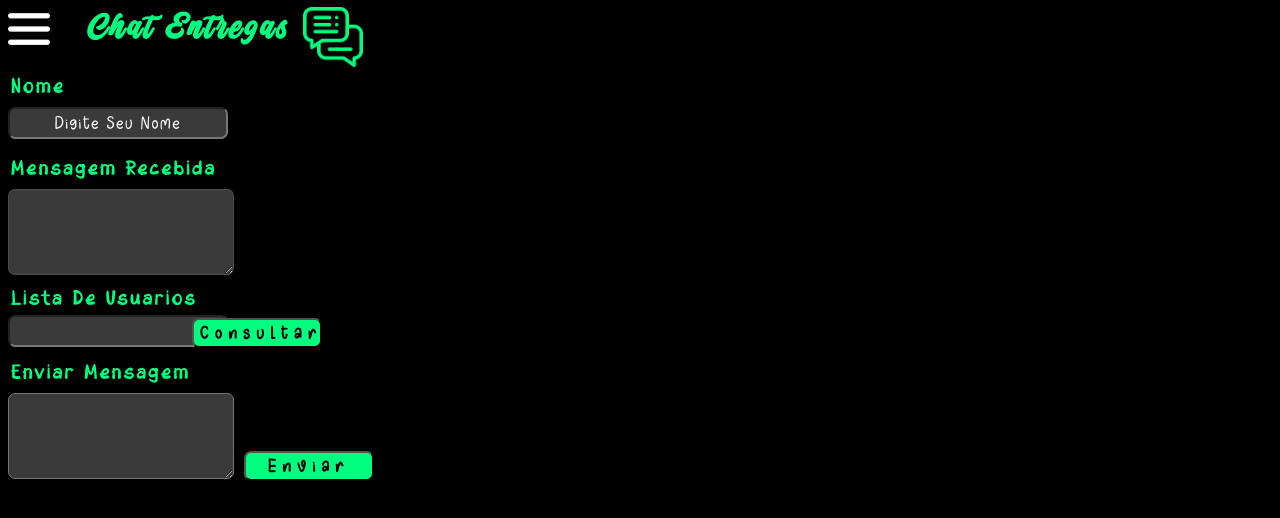
Repository: alfredo-allan/relatorioentregas
Page: pages/chatapp.html
An editor plug-in stored every save of this project. The page is shown before and after the next save, followed by the edit.
The browser window is 1280 px wide. The pictures show the whole page.
The page's requests for data from a server got no answer.

Above is the page before, as saved 2024-05-12 10:59:49.
Console error: TypeError: Cannot set properties of null (setting 'value')

### pages/chatapp.html
<!DOCTYPE html>
<html lang="pt-BR">
  <head>
    <meta charset="UTF-8" />
    <meta name="viewport" content="width=device-width, initial-scale=1.0" />
    <link rel="stylesheet" href="../style/styles.css" />
    <style>
      textarea#enviarMsg:focus {
        outline: none;
      }
    </style>
    <title>ChatApp</title>
  </head>
  <body>
    <header id="ChatApp">
      <img id="menu-icon" src="../img/barra-de-menu.png" alt="" />
      <div id="menu-options">
        <ul>
          <a href="/index.html"><li>Registrar Entrega</li></a>
          <a href="/pages/apagar.html"><li>Apagar Entrega</li></a>
          <a href="/pages/consultar.html"><li>Consultar Entregas</li></a>
          <a href="/pages/registrar.html"><li>Registar-Se</li></a>
        </ul>
      </div>
      <h1 id="textchat">Chat Entregas</h1>
      <img id="imgchat" src="../img/bater-papo.png" alt="" />
    </header>
    <div id="login">
      <span>Nome</span> <br />
      <input id="nomeusuario" type="text" placeholder="Digite Seu Nome" />
    </div>
    <div id="message">
      <span>Mensagem Recebida</span> <br />
      <div id="msgRecebida">
        <textarea id="msgInput" rows="4" disabled></textarea>
        <!-- Alterado para <textarea> -->
      </div>
      <span>Lista De Usuarios</span>
      <ul></ul>
      <div id="usuarios"></div> <br>
      <input id="lstUsu" type="text">
      <button id="ctsUsu">Consultar</button>

      <div id="msgEnviar">
        <span>Enviar Mensagem</span> <br />
        <textarea id="enviarMsg" type="text"></textarea>
        <button id="enviarmsg">Enviar</button>
      </div>
    </div>
  </body>
  <script>
    document.addEventListener("DOMContentLoaded", function () {
      const nomeUsuarioInput = document.getElementById("nomeusuario");
      const msgRecebidaDiv = document.getElementById("msgRecebida");
      const usuariosUl = document.querySelector("#usuarios ul");
      const enviarMsgTextarea = document.getElementById("enviarMsg");

      // Função para verificar se o nome de usuário existe
      nomeUsuarioInput.addEventListener("change", function () {
        const username = nomeUsuarioInput.value;
        fetch(`http://192.168.10.20:8001/get_users?username=${username}`)
          .then((response) => {
            if (!response.ok) {
              throw new Error("Network response was not ok");
            }
            return response.json();
          })
          .then((data) => {
            if (data.users.length > 0) {
              // Usuário existe, carregar mensagens recebidas
              fetch(
                `http://192.168.10.20:8001/get_messages_for_user/${username}`
              )
                .then((response) => {
                  if (!response.ok) {
                    throw new Error("Network response was not ok");
                  }
                  return response.json();
                })
                .then((data) => {
                  const messages = data.messages;
                  // Exibir as mensagens recebidas no campo msgRecebida
                  msgRecebidaDiv.innerHTML = messages
                    .map(
                      (msg) =>
                        `<p><strong>${msg.sender}:</strong> ${msg.message}</p>`
                    )
                    .join("");
                })
                .catch((error) => {
                  console.error("Error:", error);
                });
            } else {
              // Usuário não existe
              console.log("Usuário não encontrado");
            }
          })
          .catch((error) => {
            console.error("Error:", error);
          });
      });

      // Função para carregar a lista de usuários
      fetch("http://192.168.10.20:8001/get_users")
        .then((response) => {
          if (!response.ok) {
            throw new Error("Network response was not ok");
          }
          return response.json();
        })
        .then((data) => {
          const users = data.users;
          // Exibir a lista de usuários
          usuariosUl.innerHTML = users
            .map((user) => `<li>${user.username}</li>`)
            .join("");

          // Adicionar evento de clique para os usuários da lista
          usuariosUl.addEventListener("click", function (event) {
            if (event.target.tagName === "LI") {
              const recipientUsername = event.target.textContent;
              // Preencher o campo de mensagem com o nome do usuário selecionado
              enviarMsgTextarea.value = `@${recipientUsername} `;
            }
          });
        })
        .catch((error) => {
          console.error("Error:", error);
        });
    });
  </script>
  <script src="../script.js"></script>
</html>

### style/styles.css
:root {
  --las-americas: "Las-americas", sans-serif;
  --gribble-font: "Gribble";
  --helootwuins-font: "HelooTwuins";
  --verde--color: #00ff7f;
}

body {
  background-color: black;
}

@font-face {
  font-family: "Las-americas";
  src: url("../fonts/las_americas/LasAmericas_PERSONAL_USE_ONLY.otf")
    format("truetype");
  /* Adicione mais formatos (e.g. woff, woff2) conforme necessário */
}

@font-face {
  font-family: "Gribble";
  src: url("../fonts/gribble/Gribble.ttf") format("truetype");
  /* Adicione mais formatos (e.g. woff, woff2) conforme necessário */
}

@font-face {
  font-family: "HelooTwuins";
  src: url("../fonts/hello_twins/HelloTwinsDEMO.otf") format("truetype");
  /* Adicione mais formatos (e.g. woff, woff2) conforme necessário */
}

header {
  img {
    width: 42px;
    margin-right: 14px;
    text-wrap: nowrap;
  }
}

img #menu-icon {
  margin-right: 20px;
  margin-left: -1%;
}

#text-top {
  text-align: center;
  font-family: var(--las-americas);
  color: white;
  letter-spacing: 1.2px;
  margin-top: 30px;
  font-size: 40px;
}

#delivery {
  color: red;
  font-family: var(--gribble-font);
  letter-spacing: 3px;
  font-size: 25px;
  font-weight: 900;
  color: var(--verde--color);
}

.column {
  display: flex;
  flex-direction: column;
  align-items: center;
  padding: 10px 20px 15px 15px;
  border: 1px solid #ccc;
  border-radius: 2%;
  width: 300px;
  margin: 0 auto;
}

#form {
  border-radius: 2%;
  margin-top: 110px;
  margin-bottom: 250px;
  span {
    color: #00ff7f;
    font-family: var(--gribble-font);
    font-size: 20px;
    letter-spacing: 2px;
    font-weight: 600;
  }
}

input {
  text-align: center;
  margin-bottom: 5px;
  padding: 5px;
  width: 100%;
  box-sizing: border-box;
  font-weight: 600;
  margin-bottom: 10px;
  background-color: rgba(255, 255, 255, 0.226);
  color: white;
  font-family: var(--helootwuins-font);
  letter-spacing: 2px;
  font-size: 18px;
  border-radius: 7px;
}

input::placeholder {
  text-align: center;
  color: white;
  font-family: var(--helootwuins-font);
  font-weight: 400;
  font-size: 18px;
}

button {
  width: 130px;
  height: 30px;
  border-radius: 2%;
  background-color: var(--verde--color);
  font-family: var(--helootwuins-font);
  font-size: 18px;
  letter-spacing: 7px;
  font-weight: 900;
  border-radius: 7px;
}

#confirmButton {
  margin-left: 8px;
  margin-right: 20px;
}

#menu-icon {
  cursor: pointer;
}

#menu-options {
  display: none;
  position: absolute;
  top: 0;
  left: 0;
  margin-top: 60px;
  width: 63%;
  height: 35vh;
  background-color: var(--verde--color);
  color: white;
  font-family: var(--gribble-font);
  font-weight: 900;
  border-bottom-right-radius: 10%;
  color: black;
  letter-spacing: 2px;
  z-index: 999;
}

a {
  text-decoration: none; /* Remove o sublinhado */
  color: black;
}

#menu-options ul {
  list-style: none;
  padding: 0;
  margin-left: 10px;
  font-size: 20px;
}

#menu-options ul li {
  padding: 10px;
  /* border-bottom: 1px solid white; */
}

#modal {
  background: black;
  text-align: center;
}

.modal {
  display: none; /* Escondido por padrão */
  position: fixed;
  z-index: 1;
  left: 0;
  top: 0;
  width: 100%;
  height: 100%;
  overflow: auto;
  background-color: rgba(0, 0, 0, 0.4);
}

.modal-content {
  background-color: #fefefe;
  margin: 15% auto;
  padding: 20px;
  border: 2px solid #888;
  width: 80%;
  border-radius: 10px;
  background-color: black;
  p {
    margin-top: 30px;
    text-align: left;
    text-wrap: nowrap;
    font-family: var(--gribble-font);
    letter-spacing: 3px;
    font-weight: 600;
    font-size: 20px;
    color: var(--verde--color);
  }
}

.close {
  color: #aaa;
  float: right;
  font-size: 28px;
  font-weight: bold;
}

.close:hover,
.close:focus {
  color: black;
  text-decoration: none;
  cursor: pointer;
}

#data-list {
  margin: 0 auto;
  left: 50%;
  transform: translateX(-50%);
  margin: 0 auto;
  left: 50%;
  top: 60%;
  transform: translate(-50%, -50%);
  /* border: 1px solid var(--cor-azul); */
  color: var(--verde--color);
  border-radius: 5px;
  max-height: 330px;
  overflow-y: auto;
  position: absolute;
  z-index: -1;
  margin-top: 110px;
  margin-left: 0px;
  width: 336px;
  list-style: none;
  .name {
    font-family: var(--helootwuins-font);
    font-weight: 900;
    font-size: 20px;
    letter-spacing: 1px;
  }
  .item {
    font-family: var(--helootwuins-font);
    font-weight: 500;
    font-size: 20px;
    color: white;
    letter-spacing: 1px;
  }
}

#data-list {
  width: 340px;
  height: 180px;
  overflow: auto;
  /* border: 1px solid black; */
  scrollbar-color: var(--verde--color) var(--verde--color);
}

#data-list img {
  width: 25px;
  margin-left: 15px;
  margin-right: 0px;
}

#data-list::-webkit-scrollbar {
  width: 10px; /* Largura da barra de rolagem */
}

#data-list::-webkit-scrollbar-thumb {
  background-color: white; /* Cor da barra de rolagem */
  border-radius: 5px; /* Raio de borda da barra de rolagem */
}

#texto-descritivo {
  text-align: justify;
  margin-top: 200px;
  position: fixed;
  font-family: var(--luthier-font);
  letter-spacing: 3px;
  line-height: 2;
  margin-right: 8px;
  font-weight: 900;
  color: var(--verde--color);
}

.name {
  font-family: var(--gribble-font);
  font-weight: 900;
  font-size: 17px;
}
.item {
  font-family: var(--helootwuins-font);
  font-weight: 500;
  font-size: 15;
  color: white;
}

#textchat {
  font-family: var(--las-americas);
  color: var(--verde--color);
  letter-spacing: 3px;
  margin-left: 80px;
  font-size: 30px;
  margin-top: -44px;
}

#imgchat {
  width: 60px;
  position: absolute;
  margin-left: 295px;
  margin-top: -60px;
}

#message {
  input {
    width: 220px;
  }
}

#login {
  width: 220px;
}

span {
  color: var(--verde--color);
  font-family: var(--gribble-font);
  font-size: 20px;
  padding: 3px;
  line-height: 2;
  letter-spacing: 3px;
  font-weight: 900;
}

#msgInput {
  width: 220px;
  height: 80px;
  background-color: rgba(255, 255, 255, 0.226);
  border-radius: 7px;
  font-family: var(--helootwuins-font);
  font-size: 17px;
  letter-spacing: 3px;
  color: var(--verde--color);
  font-weight: 600;
}

#enviarMsg {
  width: 220px;
  height: 80px;
  background-color: rgba(255, 255, 255, 0.226);
  border-radius: 7px;
  font-family: var(--helootwuins-font);
  font-size: 17px;
  letter-spacing: 3px;
  color: var(--verde--color);
  font-weight: 600;
}

#enviarmsg {
  margin-top: 58px;
  position: absolute;
  margin-left: 10px;
}

#textRegister {
  font-family: var(--las-americas);
  color: var(--verde--color);
  letter-spacing: 3px;
  margin-top: 10px;
  text-align: center;
  letter-spacing: 3px;
}

#Registrar {
  input {
    width: 170px;
  }
}

#btsRegistrar {
  margin-top: 4px;
  margin-left: 28px;
  position: absolute;
}

#lstUsu {
  position: absolute;
  margin-top: -38px;
}

#ctsUsu {
  position: absolute;
  margin-left: 184px;
  margin-top: -35px;
}

### script.js
const menuIcon = document.getElementById("menu-icon");
const menuOptions = document.getElementById("menu-options");

menuIcon.addEventListener("click", function () {
  if (menuOptions.style.display === "none") {
    menuOptions.style.display = "block";
  } else {
    menuOptions.style.display = "none";
  }
});

//input data pagina index e registro
document.getElementById("data-entrega").value = new Date().toISOString().slice(0, 10);
var currentDate = new Date().toISOString().slice(0, 10);
var formattedDate = currentDate.split("-").reverse().join("/");
document.getElementById("data-entrega").value = formattedDate;
  document
    .getElementById("data-entrega")
    .addEventListener("input", formatarData);

After the next save:
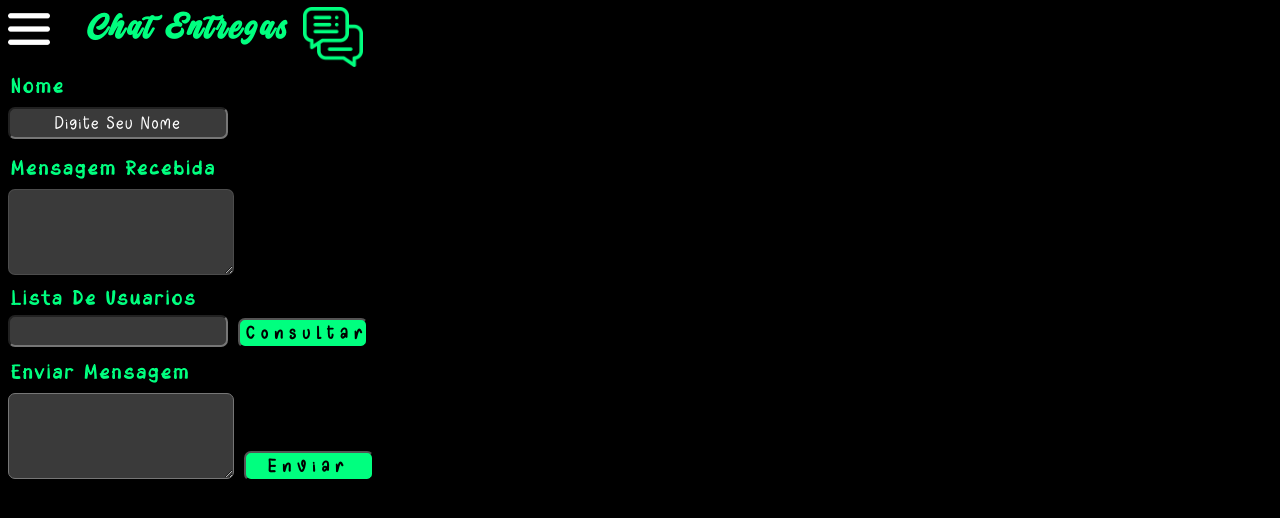
Saved 43 s later.
--- a/style/styles.css
+++ b/style/styles.css
@@ -389,6 +389,6 @@ span {
 
 #ctsUsu {
   position: absolute;
-  margin-left: 184px;
+  margin-left: 230px;
   margin-top: -35px;
 }
